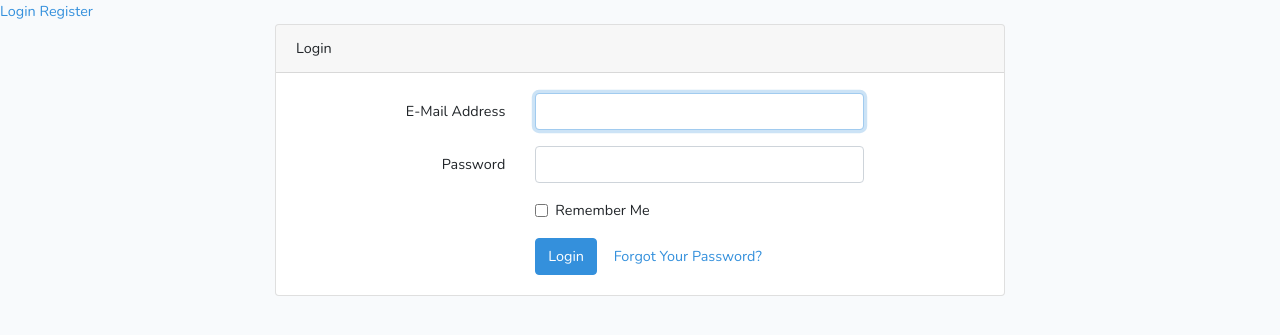
Repository: PatryxB/recipeCook
Page: http://localhost/login
The author's editor kept a copy of each file at every save. The page is drawn from the files as they stood at one save, then again after the next save.
The browser window is 1280 px wide. The pictures show the whole page.
The page is served by the project's Laravel application, run on PHP 8.4 with Laravel 8. Style sheets and scripts are compiled from the project's sources, by tool versions that may differ from the author's.

Above is the page before, as saved 2020-05-02 11:06:09.

After the next save:
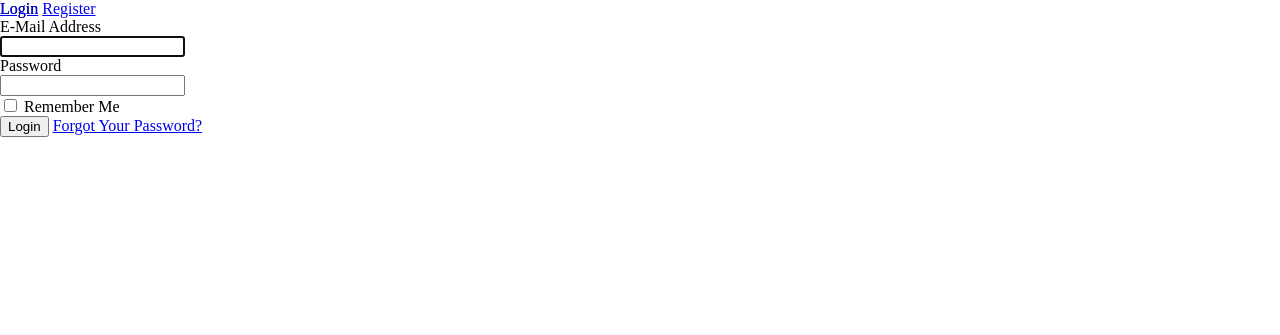
Saved 3 min 18 s later.
--- a/resources/sass/app.scss
+++ b/resources/sass/app.scss
@@ -3,9 +3,6 @@
 
 // Variables
 @import 'variables';
-
-// Bootstrap
-@import '~bootstrap/scss/bootstrap';
 
 html, body{
     box-sizing: border-box;
